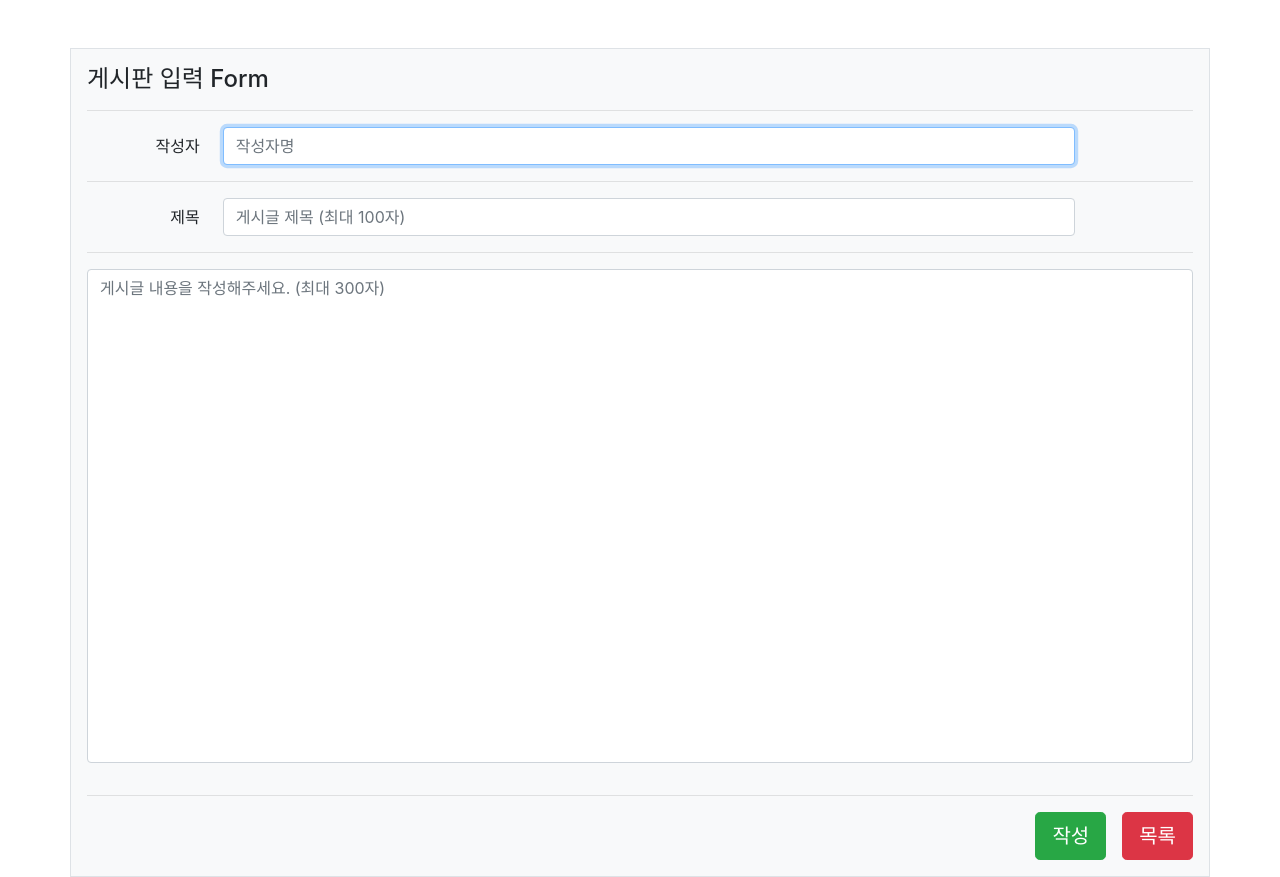
Repository: rasz60/ezen
Page: http://localhost/jspMVC/
These files come from the project's save history. The page is drawn as it stood at one moment and after a run of saves; the edit follows.
The browser window is 1280 px wide. The pictures show the whole page.
Some web libraries are served in a nearby version. The page is served by Tomcat 9.

Above is the page before, as saved 2022-02-15 02:19:25.

After the next 2 saves:
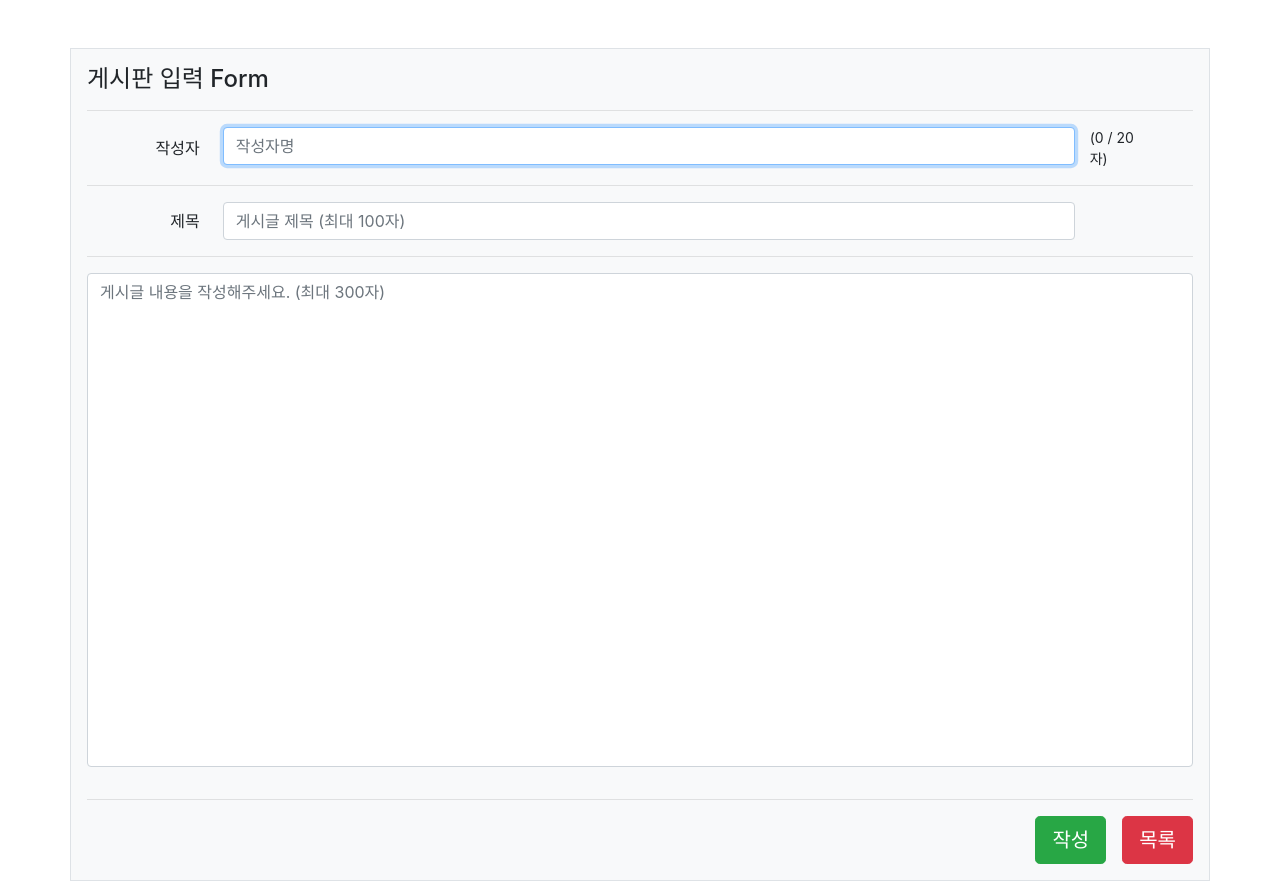
The 2 saves are shown as one change because they came seconds apart.
The last was saved 2 min 53 s later.
--- a/04_jsp_servlet-workspace/jspMVC/src/main/webapp/writeForm.jsp
+++ b/04_jsp_servlet-workspace/jspMVC/src/main/webapp/writeForm.jsp
@@ -43,7 +43,7 @@ textarea {
 		<div class="form-group row">
 			<label for="bName" class="col-1 text-right ml-5 mr-2 my-auto" >작성자</label>
 			<input type="text" name="bName" id="bName" class="form-control col-9" autofocus placeholder="작성자명"/>
-			<small class="d-flex col-1 mt-auto" id="bNameCount"></small>
+			<small class="d-flex col-1 mt-auto" id="bNameCount">(0 / 20 자)</small>
 		</div>
 		<hr />
 		<div class="form-group row">
